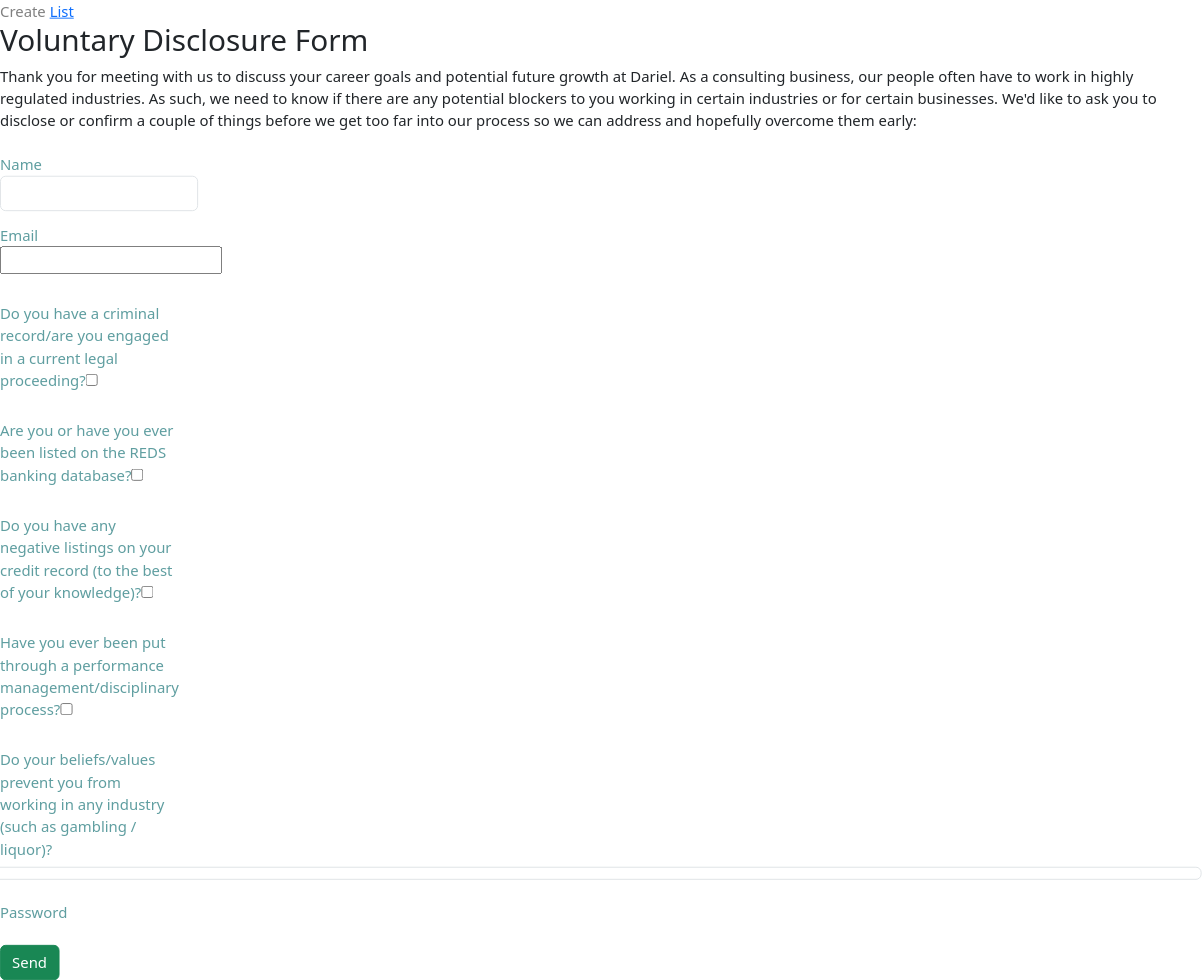
Repository: NtuthukoM/VoluntaryDisclosure
Page: / (app in disclosures-client/)
These files come from the project's save history. The page is drawn as it stood at one moment and after a run of saves; the edit follows.
The browser window is 1280 px wide. The page is 1292 px wide, so the pictures cover 1292 px, including what lies to the right of the window. The pictures show the whole page, at 93% of full size.
The project was rebuilt for these pictures with package versions that can differ from the ones it lists, and the page was loaded fresh each time. Also part of the build but not shown: disclosures-client/src/pages/ListDisclosures.js, disclosures-client/src/pages/DisclosureDetails.js, disclosures-client/src/pages/DisclosureSubmitted.js.

Above is the page before, as saved 2023-05-30 20:42:39.

### disclosures-client/public/index.html
<!DOCTYPE html>
<html lang="en">
  <head>
    <meta charset="utf-8" />

    <meta name="viewport" content="width=device-width, initial-scale=1" />
    <meta name="theme-color" content="#000000" />
    <meta
      name="description"
      content="Web site created using create-react-app"
    />
    <link rel="apple-touch-icon" href="%PUBLIC_URL%/logo192.png" />
    <!--
      manifest.json provides metadata used when your web app is installed on a
      user's mobile device or desktop. See https://developers.google.com/web/fundamentals/web-app-manifest/
    -->
    <link rel="manifest" href="%PUBLIC_URL%/manifest.json" />
    <!--
      Notice the use of %PUBLIC_URL% in the tags above.
      It will be replaced with the URL of the `public` folder during the build.
      Only files inside the `public` folder can be referenced from the HTML.

      Unlike "/favicon.ico" or "favicon.ico", "%PUBLIC_URL%/favicon.ico" will
      work correctly both with client-side routing and a non-root public URL.
      Learn how to configure a non-root public URL by running `npm run build`.
    -->
    <title>React App</title>
  </head>
  <body>
    <noscript>You need to enable JavaScript to run this app.</noscript>
    <div id="root"></div>
    <!--
      This HTML file is a template.
      If you open it directly in the browser, you will see an empty page.

      You can add webfonts, meta tags, or analytics to this file.
      The build step will place the bundled scripts into the <body> tag.

      To begin the development, run `npm start` or `yarn start`.
      To create a production bundle, use `npm run build` or `yarn build`.
    -->
  </body>
</html>

### disclosures-client/src/index.js
import React from 'react';
import ReactDOM from 'react-dom/client';
import './bootstrap.css';
// import './index.css';
import App from './App';
import reportWebVitals from './reportWebVitals';

const root = ReactDOM.createRoot(document.getElementById('root'));
root.render(
  <React.StrictMode>
    <App />
  </React.StrictMode>
);

// If you want to start measuring performance in your app, pass a function
// to log results (for example: reportWebVitals(console.log))
// or send to an analytics endpoint. Learn more: https://bit.ly/CRA-vitals
reportWebVitals();

### disclosures-client/src/App.js
import logo from './logo.svg';
import {CreateDisclosures} from './pages/CreateDisclosure';
import {ListDisclosures} from './pages/ListDisclosures';
import {DisclosureDetails} from './pages/DisclosureDetails';
import {DisclosureSubmitted} from './pages/DisclosureSubmitted';
import { BrowserRouter, Routes, Route } from "react-router-dom";
import './App.css';

function App() {
  return (

      <BrowserRouter>
        <Routes>
          <Route path="/" element={<CreateDisclosures/>} />
          <Route path="/list" element={<ListDisclosures/>} />
          <Route path="/submitted" element={<DisclosureSubmitted/>} />
          <Route path="/details/:id" element={<DisclosureDetails/>} />
        </Routes>
      </BrowserRouter>
  );
}

export default App;

### disclosures-client/src/pages/CreateDisclosure.js
import { useState } from "react";
import { discloseUrl} from '../models/models';
import { Nav} from "../components/nav";
import { redirect } from "react-router-dom";

export function CreateDisclosures(){
    const [fullName, setFullName] = useState('');
    const [email, setEmail] = useState('');
    const [criminalRecord, setCriminalRecord] = useState(false);
    const [redsBankingDbListed, setRedsBankingDbListed] = useState(false);
    const [negativeCreditListing, setNegativeCreditListing] = useState(false);
    const [performanceManagementPlaced, setPerformanceManagementPlaced] = useState(false);
    const [ethicalIndustringRestriction, setEthicalIndustringRestriction] = useState(false);
    const [submitting, setSubmitting] = useState(false);

    function onFormSubmit(e){
        e.preventDefault();
        setSubmitting(true);
        let model = {
            fullName: fullName,
            email: email,
            criminalRecord: criminalRecord,
            redsBankingDbListed: redsBankingDbListed,
            negativeCreditListing: negativeCreditListing,
            performanceManagementPlaced: performanceManagementPlaced,
            ethicalIndustringRestriction: ethicalIndustringRestriction
        }
        const ops = {
            method: 'POST',
            headers: {
                "Content-Type": "application/json",
                // 'Content-Type': 'application/x-www-form-urlencoded',
              },
              redirect: "follow", // manual, *follow, error
              referrerPolicy: "no-referrer", // no-referrer, *no-referrer-when-downgrade, origin, origin-when-cross-origin, same-origin, strict-origin, strict-origin-when-cross-origin, unsafe-url
              body: JSON.stringify(model), // body data type must match "Content-Type" header
        };
        const response = fetch(discloseUrl, ops)
        .then(() => {
            setSubmitting(false);
            console.log('redirecting');
           return redirect("/submitted");
        }).catch(exc => console.log(`error ${exc}`));
    }
    return (
        <>
            <Nav />
            <h2>Voluntary Disclosure Form</h2>
            <p>
                Thank you for meeting with us to discuss your career goals and potential future growth at Dariel.
                As a consulting business, our people often have to work in highly regulated industries.
                As such, we need to know if there are any potential blockers to you working in certain industries or for certain businesses.
                We'd like to ask you to disclose or confirm a couple of things before we get too far into our process so we can address and hopefully overcome them early:
            </p>
            <form onSubmit={onFormSubmit}>


            <div className="form-group">
                <label className="col-sm-2 col-form-label">
                    Name
                    <input className="form-control" type="text" value={fullName} onChange={(e) => setFullName(e.target.value) } disabled={submitting} />
                </label>
            </div>

            <div className="mb-3 row">
                <label className="col-sm-2 col-form-label">
                    Email
                    <input type="text" value={email} onChange={e => setEmail(e.target.value)} disabled={submitting}  />
                </label>
            </div>


            <div className="mb-3 row">
                <label className="col-sm-2 col-form-label">
                    Do you have a criminal record/are you engaged in a current legal proceeding?
                    <input type="checkbox" value={criminalRecord} onChange={e => {
                        setCriminalRecord(!criminalRecord);
                        }}  disabled={submitting} />
                </label>
            </div>
            <div className="mb-3 row">
                <label className="col-sm-2 col-form-label">
                Are you or have you ever been listed on the REDS banking database?
                    <input type="checkbox"  value={redsBankingDbListed} onChange={e => {
                        setRedsBankingDbListed(!redsBankingDbListed);
                        }}  disabled={submitting} />
                </label>
            </div>
            <div className="mb-3 row">
                <label className="col-sm-2 col-form-label">
                Do you have any negative listings on your credit record (to the best of your knowledge)?
                    <input type="checkbox"  value={negativeCreditListing} onChange={e => {
                        setNegativeCreditListing(!negativeCreditListing);
                        }}  disabled={submitting} />
                </label>
            </div>
            <div className="mb-3 row">
                <label className="col-sm-2 col-form-label">
                Have you ever been put through a performance management/disciplinary process?
                    <input type="checkbox"  value={performanceManagementPlaced} onChange={e => {
                        setPerformanceManagementPlaced(!performanceManagementPlaced);
                        }}  disabled={submitting} />
                </label>
            </div>
            <div className="mb-3 row">
                <label className="col-sm-2 col-form-label">
                Do your beliefs/values prevent you from working in any industry (such as gambling / liquor)?
                </label>
                    <input type="checkbox" className="form-control"  value={ethicalIndustringRestriction} onChange={e => {
                        setEthicalIndustringRestriction(!ethicalIndustringRestriction);
                        }}  disabled={submitting} />
            </div>
            <div className="mb-3 row">
    <label for="inputPassword" className="col-sm-2 col-form-label">Password</label>
    <div className="col-sm-10">

    </div>
  </div>
            <div>
                <button className="btn btn-success" disabled={submitting}>Send</button>
            </div>
             </form>
        </>
    );
}

### disclosures-client/src/App.css
.App {
  text-align: center;
}

.active {
  color: gray;
  text-decoration: none;
  cursor: default;
}

label {
  color: cadetblue;
}

.App-logo {
  height: 40vmin;
  pointer-events: none;
}

@media (prefers-reduced-motion: no-preference) {
  .App-logo {
    animation: App-logo-spin infinite 20s linear;
  }
}

.App-header {
  background-color: #282c34;
  min-height: 100vh;
  display: flex;
  flex-direction: column;
  align-items: center;
  justify-content: center;
  font-size: calc(10px + 2vmin);
  color: white;
}

.App-link {
  color: #61dafb;
}

@keyframes App-logo-spin {
  from {
    transform: rotate(0deg);
  }
  to {
    transform: rotate(360deg);
  }
}

### disclosures-client/src/models/models.js
export const discloseUrl = 'https://localhost:7163/api/Disclosures';

### disclosures-client/src/components/nav.js
import {NavLink} from "react-router-dom"

export function Nav(){
    return (
        <>
            <nav>
                <NavLink to="/" className={({isActive}) => isActive ? "active" : "go-to"}>Create </NavLink>
                <NavLink to="/list" className={({isActive}) => isActive ? "active" : ""}>List </NavLink>
            </nav>
        </>
    )
}

Loaded but not shown: disclosures-client/src/bootstrap.css (library); disclosures-client/src/reportWebVitals.js (common file)

After the next 2 saves:
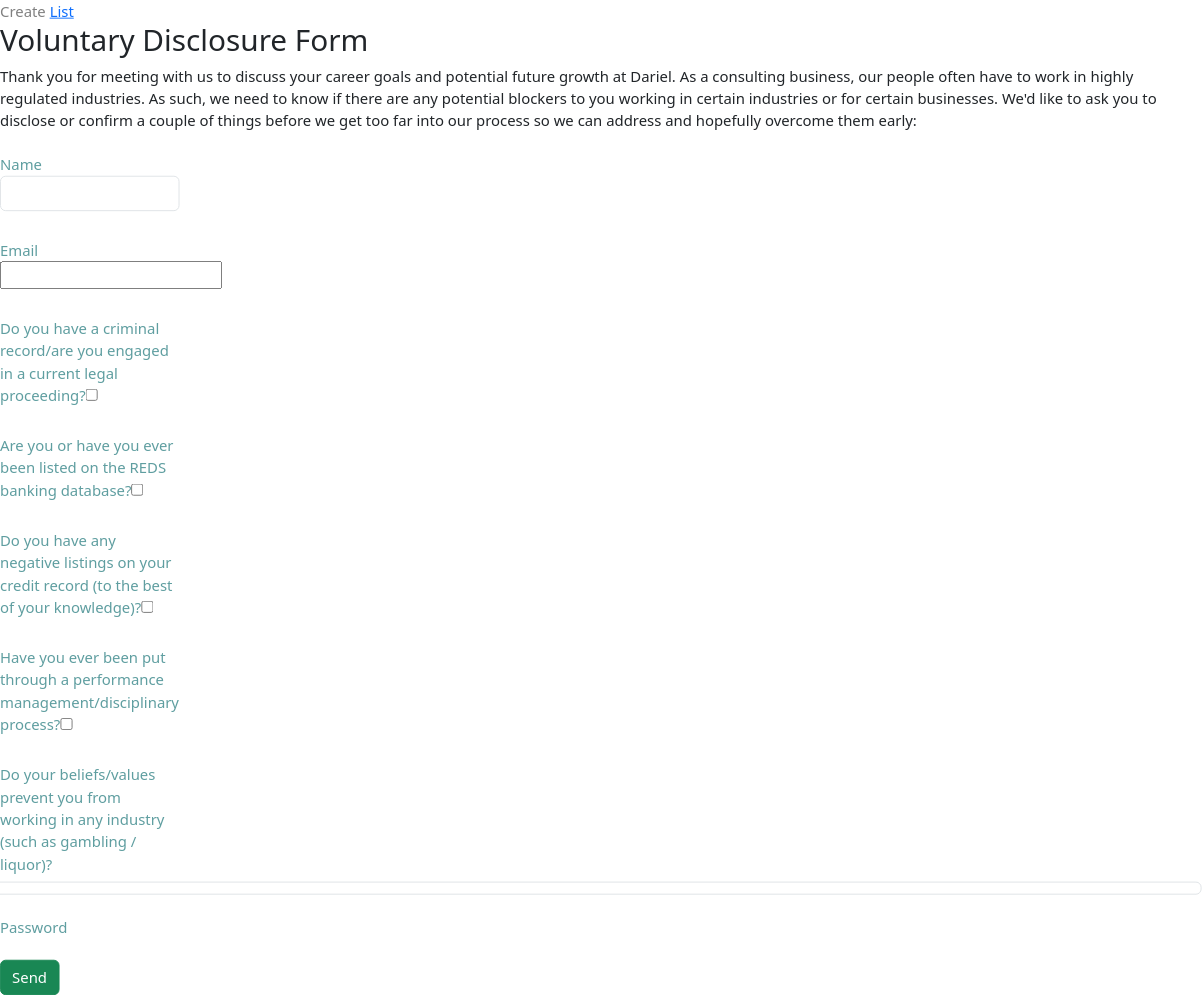
The 2 saves are shown as one change because they came seconds apart.
The last was saved 11 s later.
--- a/disclosures-client/src/pages/CreateDisclosure.js
+++ b/disclosures-client/src/pages/CreateDisclosure.js
@@ -55,7 +55,7 @@ export function CreateDisclosures(){
             <form onSubmit={onFormSubmit}>
 
 
-            <div className="form-group">
+            <div  className="mb-3 row">
                 <label className="col-sm-2 col-form-label">
                     Name
                     <input className="form-control" type="text" value={fullName} onChange={(e) => setFullName(e.target.value) } disabled={submitting} />
